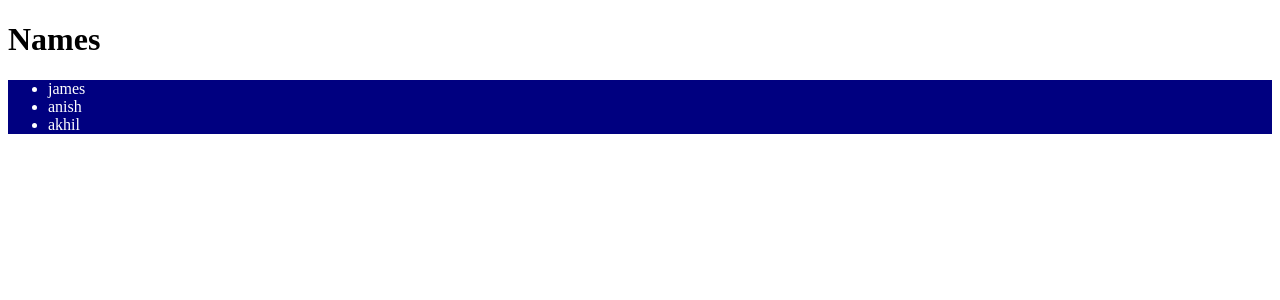
Repository: anish9914/phpprojectgh
Page: http://localhost/names.php
An editor plug-in stored every save of this project. The page is shown before and after the next save, followed by the edit.
The browser window is 1280 px wide. The pictures show the whole page.
The page is run by PHP 8.4 with error messages shown; the project is at /var/www/html/.

Above is the page before, as saved 2022-12-14 12:41:44.

### names.php
<?php
$names=['james','anish', 'akhil',];
?>


<!DOCTYPE html>
<html lang="en">
<head>
    <meta charset="UTF-8">
    <meta http-equiv="X-UA-Compatible" content="IE=edge">
    <meta name="viewport" content="width=device-width, initial-scale=1.0">
    <title>Document</title>
    <style>
        .some-names{
            background-color: navy;
            color: white;
        }
        .more-names{
            background-color: gray;
        }
    </style>
</head>
<body class="">
    <h1>Names</h1>
    <ul class="<?= count($names)> 3 ? 'more-names' : 'some-names' ?>">
        <?php foreach($names as $name){?>
            <li><?=$name ?></li>
            <?php }  ?>


    </ul>


</body>
</html>

After the next save:
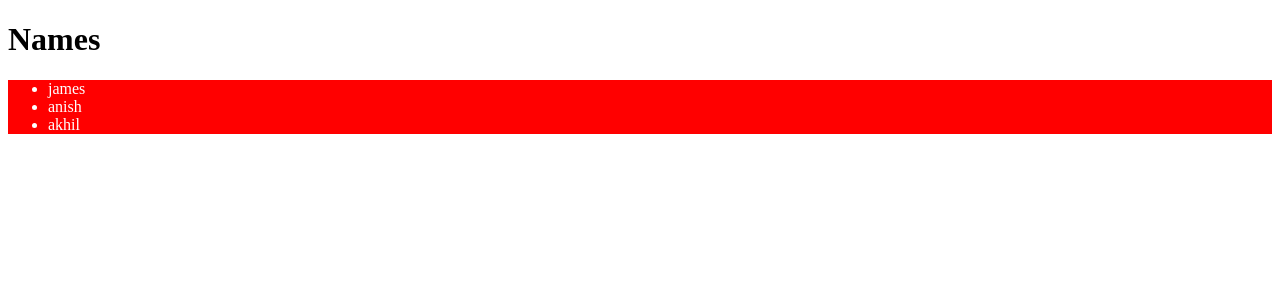
Saved 29 s later.
--- a/names.php
+++ b/names.php
@@ -12,7 +12,7 @@
     <title>Document</title>
     <style>
         .some-names{
-            background-color: navy;
+            background-color: red;
             color: white;
         }
         .more-names{
